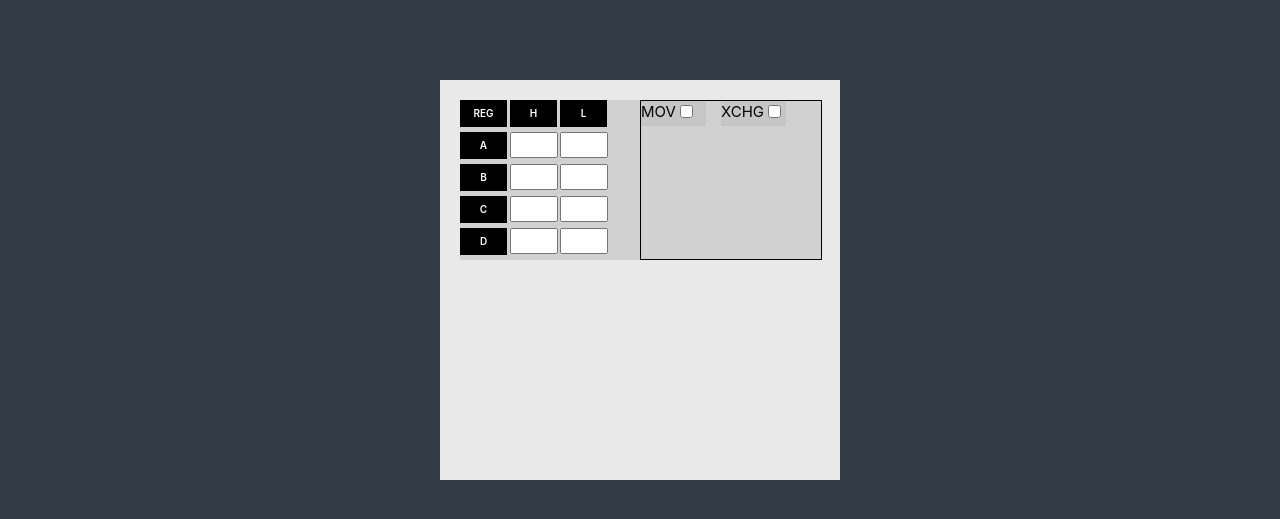
Repository: piookr-wsei/8086
Page: /
An editor plug-in stored every save of this project. The page is shown before and after the next save, followed by the edit.
The browser window is 1280 px wide. The pictures show the whole page.
The project was rebuilt for these pictures with package versions that can differ from the ones it lists, and the page was loaded fresh each time.

Above is the page before, as saved 2022-06-18 20:57:16.

After the next save:
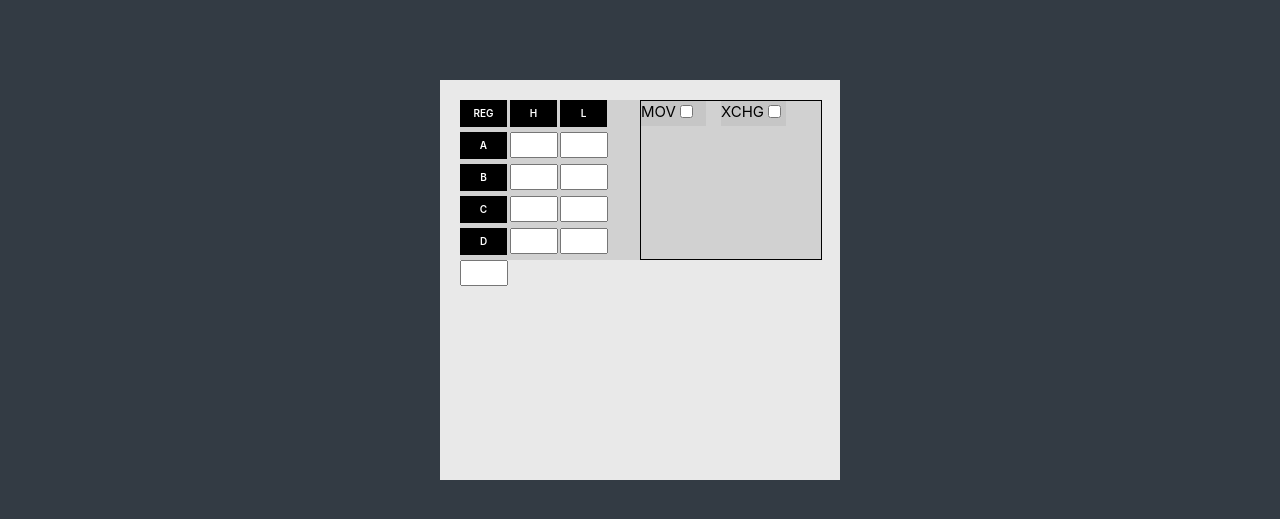
Saved 77 s later.
--- a/src/App.js
+++ b/src/App.js
@@ -68,6 +68,8 @@ function OpChange(){
             <OpChange/>
           </SettingsWrapper>
 
+          <RegInput maxLength={2}/>
+
         </UiWrapper>
       </UiWindow>
 
